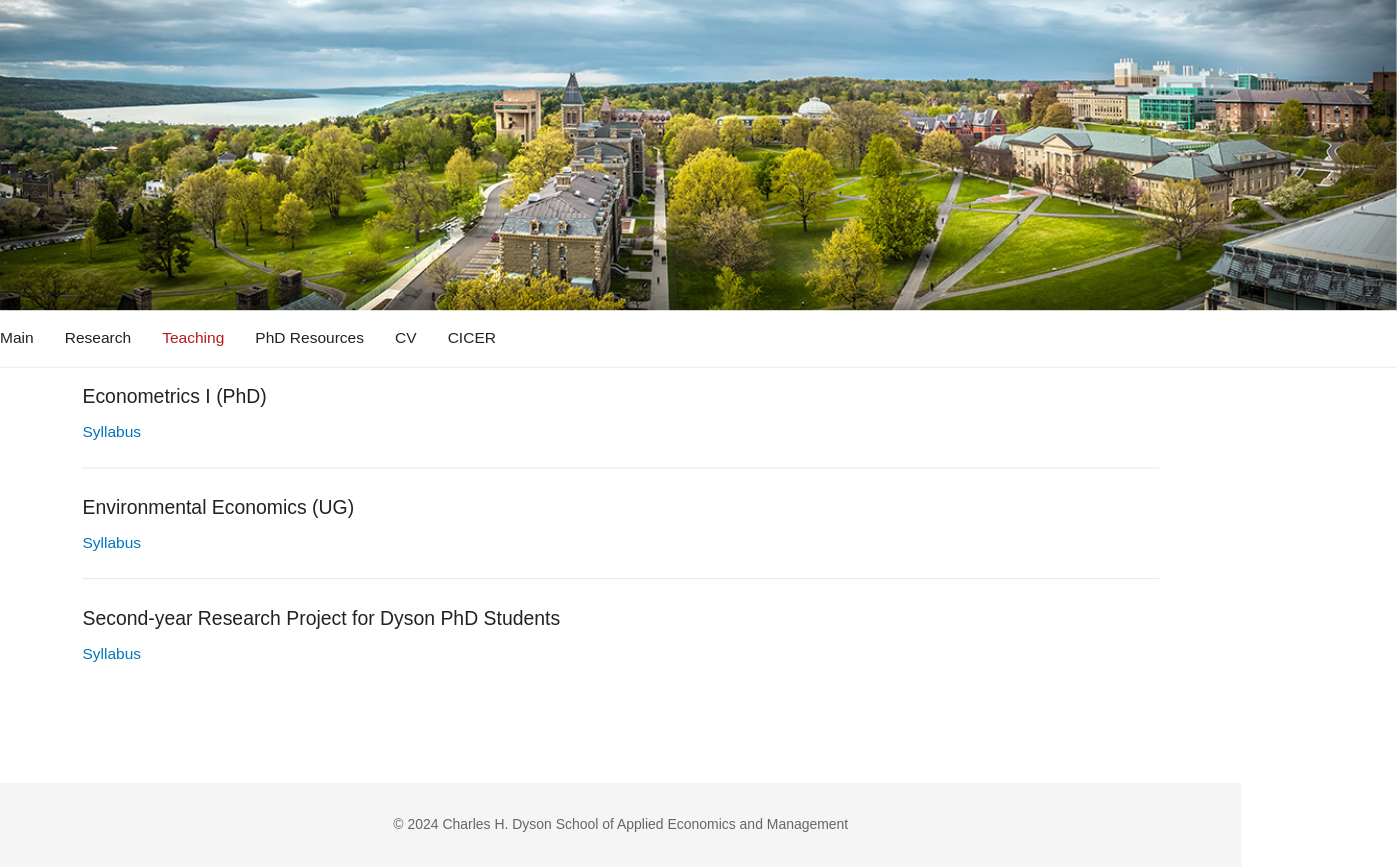
Repository: huang-heavenly-Emperor/k1_project
Page: teaching.html
An editor plug-in stored every save of this project. The page is shown before and after the next save, followed by the edit.
The browser window is 1280 px wide. The page is 1440 px wide, so the pictures cover 1440 px, including what lies to the right of the window. The pictures show the whole page, at 97% of full size.

Above is the page before, as saved 2024-11-17 06:09:08.

After the next save:
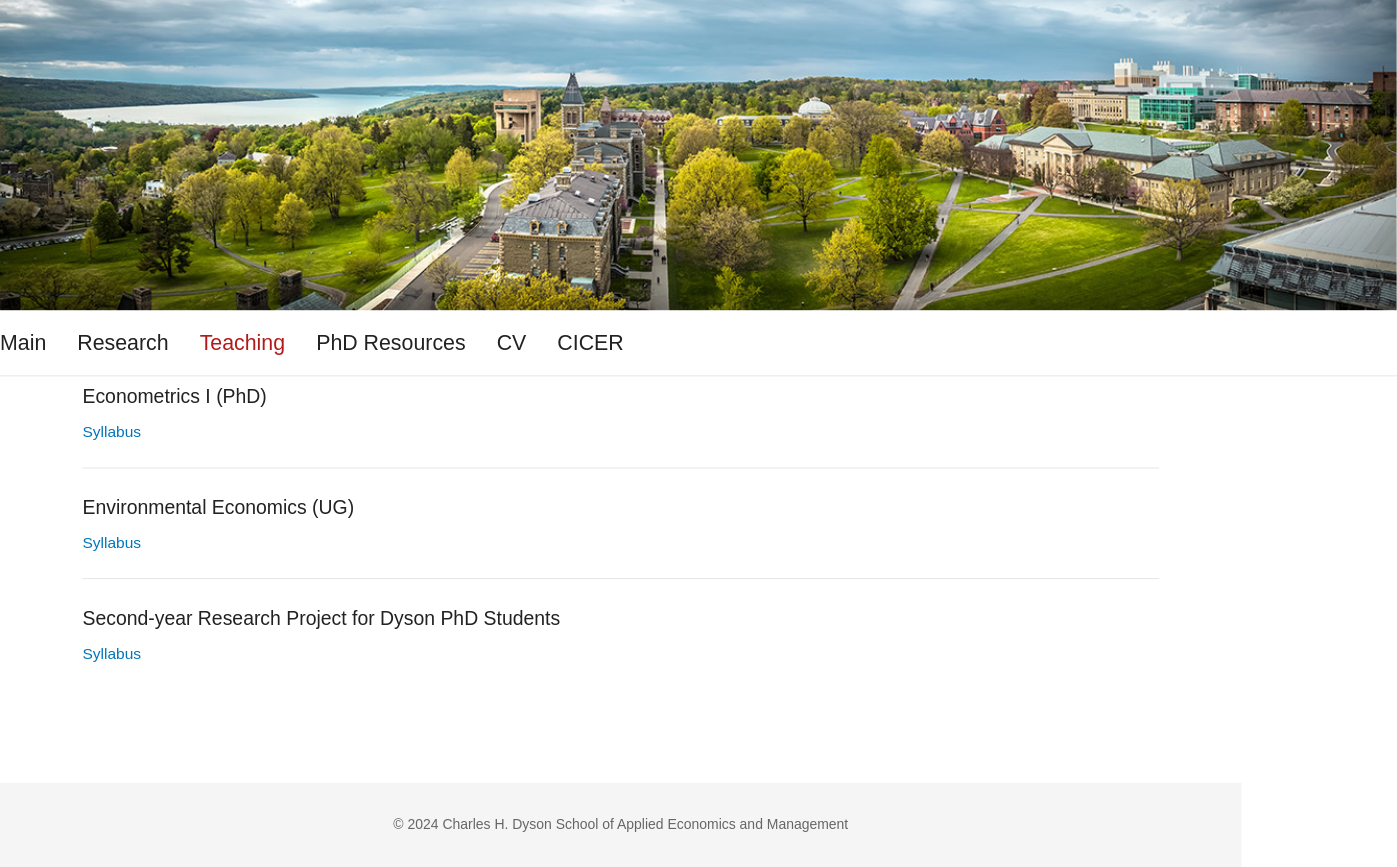
Saved 4 s later.
--- a/teaching.html
+++ b/teaching.html
@@ -6,6 +6,7 @@
     <meta name="viewport" content="width=device-width, initial-scale=1.0">
     <title>Teaching - Cornell University</title>
     <link rel="stylesheet" href="reset.css">
+    <link rel="stylesheet" href="common.css">
     <link rel="stylesheet" href="teaching.css">
 </head>
 
